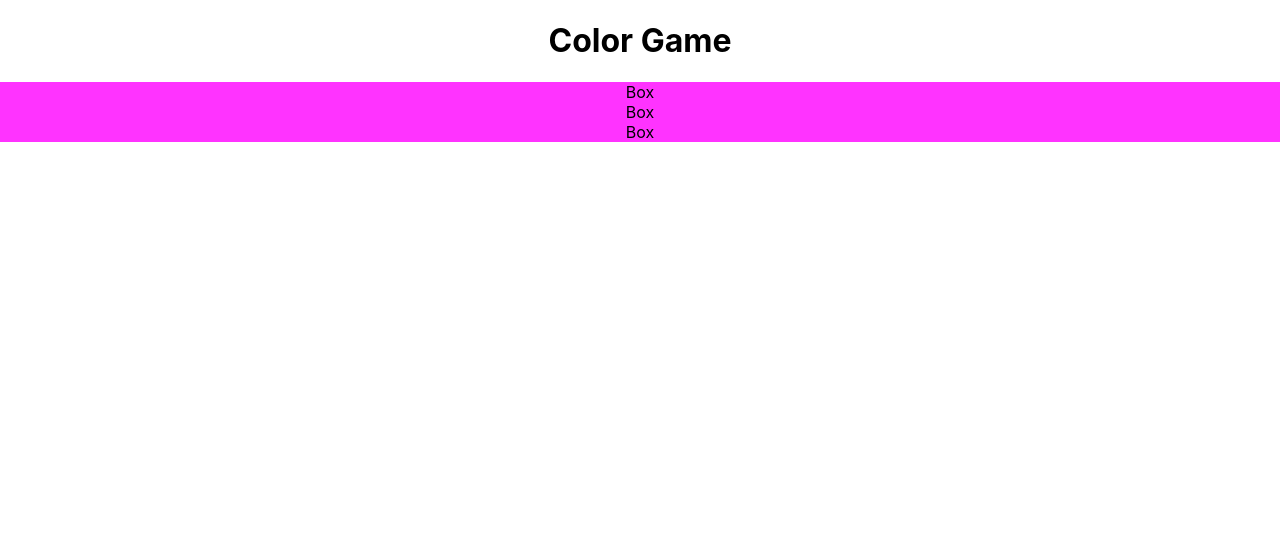
Repository: johnmutina/shades_of_blue
Page: /
The author's editor kept a copy of each file at every save. The page is drawn from the files as they stood at one save, then again after a run of saves.
The browser window is 1280 px wide. The pictures show the whole page.
The project was rebuilt for these pictures with package versions that can differ from the ones it lists, and the page was loaded fresh each time.

Above is the page before, as saved 2019-06-22 14:23:56.

### src/App.js
import React from 'react';
import ColorBoxes from './ColorBoxes';
import './App.css';

function App() {
  return (
    <div className="App">
      <ColorBoxes />
    </div>
  );
}

export default App;

### src/ColorBoxes.js
import React, { Component } from 'react';
import ColorBox from './ColorBox';

class ColorBoxes extends Component {
    constructor(props){
        super(props);
        this.state = {

        }
    }
    render(){
        let colorArr = ['#FF6633', '#FFB399', '#FF33FF', '#FFFF99', '#00B3E6', '#E6B333', '#3366E6', '#999966', '#99FF99', '#B34D4D', '#80B300', '#809900', '#E6B3B3', '#6680B3', '#66991A', '#FF99E6', '#CCFF1A', '#FF1A66'
        // '#E6331A', '#33FFCC', '#66994D', '#B366CC', '#4D8000', '#B33300', '#CC80CC', '#66664D', '#991AFF', '#E666FF', '#4DB3FF', '#1AB399', '#E666B3', '#33991A', '#CC9999', '#B3B31A', '#00E680', '#4D8066', '#809980', '#E6FF80', '#1AFF33', '#999933', '#FF3380', '#CCCC00', '#66E64D', '#4D80CC', '#9900B3', '#E64D66', '#4DB380', '#FF4D4D', '#99E6E6', '#6666FF'
    ];
        let idx = Math.floor(Math.random() * colorArr.length);
        return (
            <div>
                <h1>Color Game</h1>
                <ColorBox color={colorArr[idx]}/>
                <ColorBox color={colorArr[idx]}/>
                <ColorBox color={colorArr[idx]}/>
            </div>
        )
    }
}

export default ColorBoxes;

### src/ColorBox.js
import React, { Component } from 'react';

class ColorBox extends Component {
    render(){
        return (
            <div style={{backgroundColor: this.props.color}}>Box</div>
        )
    }
}

export default ColorBox;

Loaded but not shown: public/index.html (common file); src/index.js (common file); src/index.css (common file); src/serviceWorker.js (common file); src/App.css (common file)

After the next 2 saves:
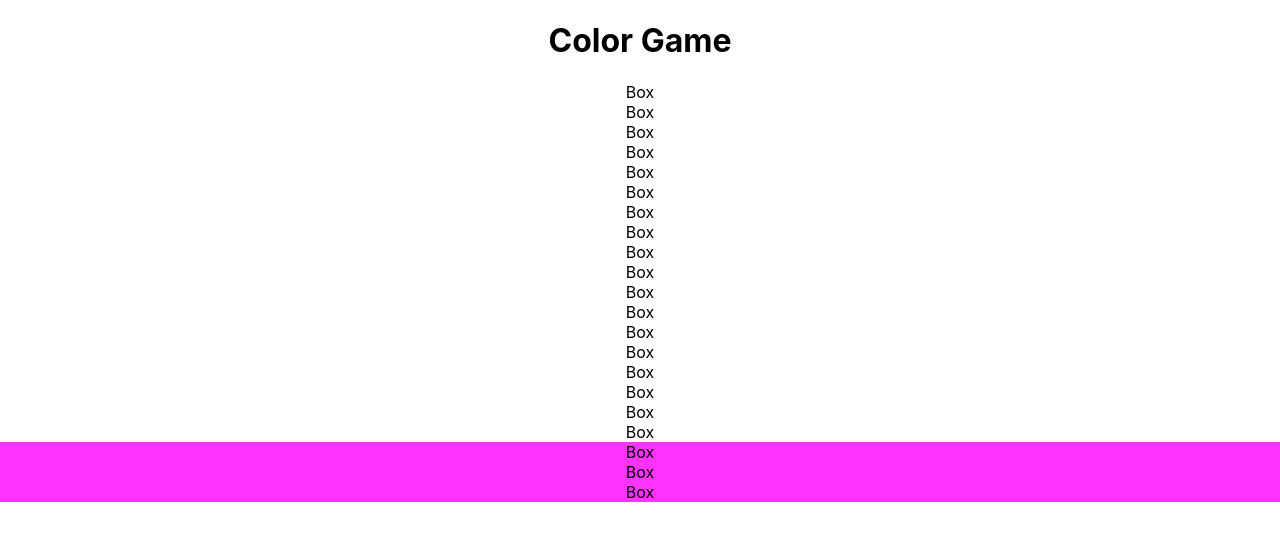
The 2 saves are shown as one change because 1 did not build or start.
The last was saved 46 s later.
--- a/src/ColorBoxes.js
+++ b/src/ColorBoxes.js
@@ -16,6 +16,7 @@ class ColorBoxes extends Component {
         return (
             <div>
                 <h1>Color Game</h1>
+                {colorArr.map(el => <ColorBox color={colorArr[el]} />)}
                 <ColorBox color={colorArr[idx]}/>
                 <ColorBox color={colorArr[idx]}/>
                 <ColorBox color={colorArr[idx]}/>
